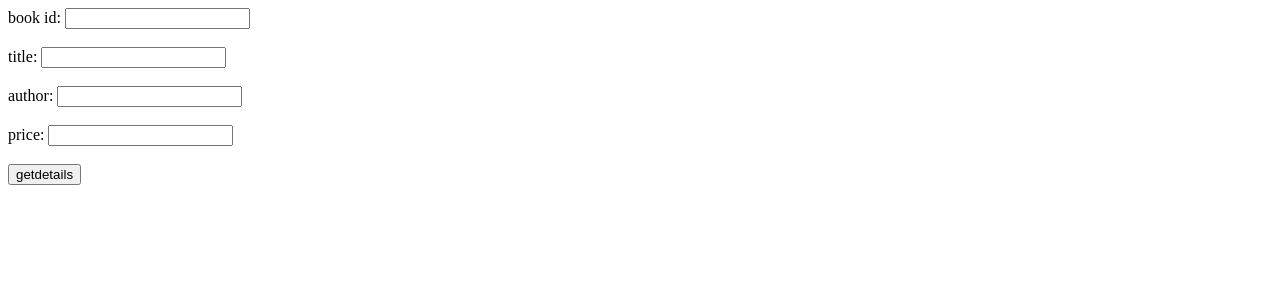
Repository: Saikumar6901/DBSTrainingModules
Page: http://localhost/Bookmanagement/updatefile.jsp
These files come from the project's save history. The page is drawn as it stood at one moment and after the next save; the edit follows.
The browser window is 1280 px wide. The pictures show the whole page.
The page is served by Tomcat 9.

Above is the page before, as saved 2019-08-12 14:20:37.

After the next save:
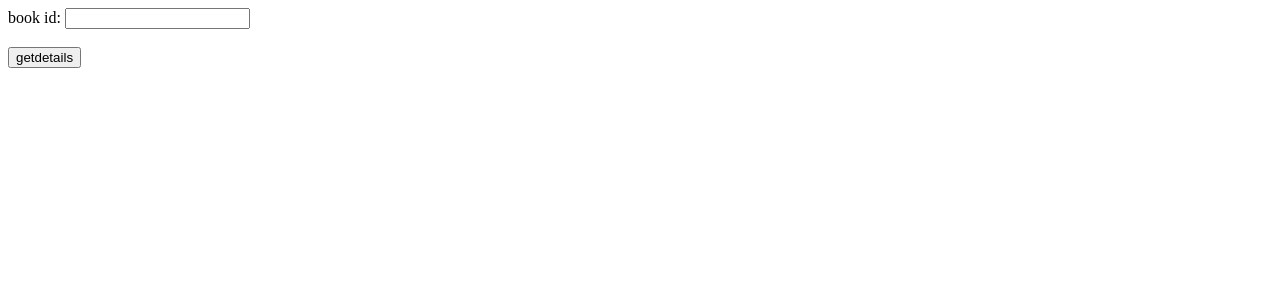
Saved 11 s later.
--- a/eclipse/Bookmanagement/WebContent/updatefile.jsp
+++ b/eclipse/Bookmanagement/WebContent/updatefile.jsp
@@ -9,9 +9,6 @@
 <body>
 <form action="">
 book id: <input type="text" name="bookid"><br></br>
- title: <input type="text" name="title"><br></br>
- author: <input type="text" name="author"><br></br>
- price: <input type="text" name="price"><br></br>
  <input type="submit" value="getdetails">
 </form>
 </body>
